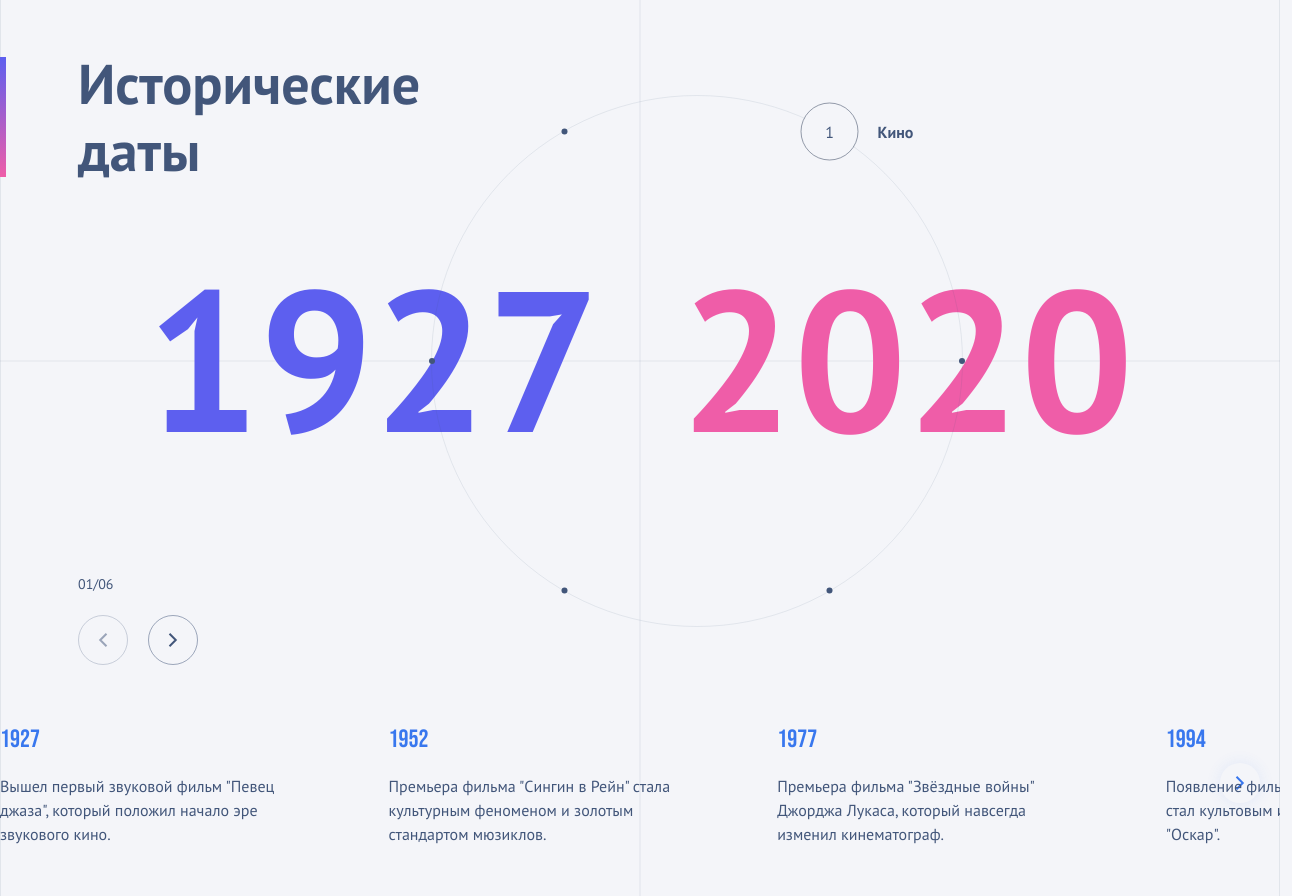
Repository: LenarTulupov/only
Page: /
An editor plug-in stored every save of this project. The page is shown before and after the next save, followed by the edit.
The browser window is 1280 px wide. The page is 1280 px wide, then 1292 px, so the pictures cover 1292 px, including what lies to the right of the window. The pictures show the whole page.
The project was rebuilt for these pictures with package versions that can differ from the ones it lists, and the page was loaded fresh each time.

Above is the page before, as saved 2024-12-18 13:17:45.

### public/index.html
<!DOCTYPE html>
<html lang="en">
  <head>
    <meta charset="utf-8" />
    <link rel="icon" href="%PUBLIC_URL%/favicon.ico" />
    <meta name="viewport" content="width=device-width, initial-scale=1" />
    <meta name="theme-color" content="#000000" />
    <meta
      name="description"
      content="Web site created using create-react-app"
    />
    <link rel="apple-touch-icon" href="%PUBLIC_URL%/logo192.png" />
    <link rel="manifest" href="%PUBLIC_URL%/manifest.json" />
    <title>Only Test</title>
  </head>
  <body>
    <noscript>You need to enable JavaScript to run this app.</noscript>
    <div id="root"></div>
  </body>
</html>

### src/index.tsx
import React from 'react';
import ReactDOM from 'react-dom/client';
import Router from './router/router';
import './globals.scss'

const root = ReactDOM.createRoot(
  document.getElementById('root') as HTMLElement
);
root.render(
  <React.StrictMode>
    <Router />
  </React.StrictMode>
);

### src/router/router.tsx
import { BrowserRouter, Route, Routes } from "react-router-dom";
import HomePage from "../pages/home/page";
import PagesLayout from "../layouts/pages-layout";

export default function Router() {
  return (
    <BrowserRouter>
      <Routes>
        <Route element={<PagesLayout />}>
          <Route path="/" element={<HomePage />} />
        </Route>
      </Routes>
    </BrowserRouter>
  )
};

### src/globals.scss
@import url('https://fonts.googleapis.com/css2?family=Bebas+Neue&family=PT+Sans:wght@400;700&display=swap');

:root {
  --background-color: #F4F5F9;
  --main-color: #42567a;
  --main-color-rgba: rgba(66, 86, 122, 0.5);
  --accent-color: #5D5FEF;
  --light-accent-color: #3877EE;
  --accent-second: #EF5DA8;
  --font-main: "PT Sans", serif;
  --font-second: "Bebas Neue", serif;
  --line-height: 150%;
  --font-size-main: 56px;
  --font-size-small: 14px;
  --font-size-big: 200px;
}
body {
  margin: 0;
  padding: 0;
  background-color: var(--background-color);
  color: var(--black-color);
  font-family: var(--font-main);
  line-height: var(--line-height);
}
ul {
  padding: 0;
  margin: 0;
}

li {
  list-style-type: none;
}

a {
  color: var(--black-color);
  text-decoration: none;
}

h1 {
  margin: 0;
}

### src/pages/home/page.tsx
import Container from "../../components/ui/container/container";
import Divider from "../../components/ui/divider/divider";
import HistorySection from "./history/history";
import styles from './page.module.scss';

export default function HomePage() {
  return (
    <div className={styles['home-page']}>
      <Container>
        <div className={styles['home-page__wrapper']}>
          <Divider
            position="vertical"
            className={styles.divider_vertical}
          />
          <HistorySection />
        </div>
      </Container>
    </div>
  )
};

### src/layouts/pages-layout.tsx
import { Outlet } from 'react-router-dom';
import styles from './pages-layout.module.scss';

export default function PagesLayout() {
  return (
    <div className={styles['pages-layout']}>
      <Outlet />
    </div>
  )
};

### src/components/ui/container/container.tsx
import { ReactNode } from "react"
import styles from './container.module.scss';

interface IContainer {
  children: ReactNode;
}

export default function Container({ children }: IContainer) {
  return (
    <div className={styles.container}>
      {children}
    </div>
  )
};

### src/components/ui/divider/divider.tsx
import styles from './divider.module.scss';

interface IDivider {
  position?: 'horizontal' | 'vertical';
  className?: string;
}

export default function Divider({
  position = 'horizontal', className }: IDivider) {
  return <div className={`
    ${styles.divider}
    ${styles[`divider_${position}`]}
    ${className || ''}
  `}/>
};

### src/pages/home/history/history.tsx
import { useState } from 'react';
import Divider from '../../../components/ui/divider/divider';
import Title from '../../../components/ui/title/title';
import Circle from './circle/circle';
import Dates from './dates/dates';
import HistorySlider from './history-slider/history-slider';
import styles from './history.module.scss';
import StepNavigation from './step-navigation/step-navigation';
import { circleItems } from '../../../constants/circle-items';

export default function HistorySection() {
  const [activeButton, setActiveButton] = useState<number>(1);
  const activeCategory = circleItems.find((item) => item.id === activeButton);
  const firstDate = activeCategory?.events[0]?.year;
  const lastDate = activeCategory?.events.at(-1)?.year;

  return (
    <section className={styles.history}>
      <div className={styles.history__content}>
        <div className={styles['history__content-col-1']}>
          <Title className={styles.history__title} showBefore>
            Исторические даты
          </Title>
          <StepNavigation
            className={styles['step-navigation']}
            activeButton={activeButton}
            setActiveButton={setActiveButton}
          />
        </div>
        <Circle
          className={styles.circle}
          activeButton={activeButton}
          setActiveButton={setActiveButton}
        />
        <Divider
          position="horizontal"
          className={styles.divider_horizontal}
        />
        <Dates
          className={styles.dates}
          firstDate={firstDate}
          lastDate={lastDate}
        />
      </div>
      <HistorySlider
        activeCategory={activeCategory}
        className={styles['history-slider']}
      />
    </section>
  )
};

### src/pages/home/page.module.scss
.home-page {
  &__wrapper {
    position: relative;
    min-height: 100vh;
    .divider_vertical {
      position: absolute;
      top: 0;
      left: 50%;
      transform: translateX(-50%);
      z-index: -10;
    }
  }

  /* Линия слева */
  &__wrapper::before {
    content: "";
    position: absolute;
    top: 0;
    bottom: 0;
    left: 0;
    width: 1px;
    background-color: var(--main-color);
    opacity: 0.1;
  }

  /* Линия справа */
  &__wrapper::after {
    content: "";
    position: absolute;
    top: 0;
    bottom: 0;
    right: 0;
    width: 1px;
    background-color: var(--main-color);
    opacity: 0.1;
  }
  /* Линий по центру горизонтальная */

  /* Линий по центру вертикальная */
}

### src/components/ui/container/container.module.scss
.container {
  max-width: 1440px;
  margin: 0 auto;
}

### src/components/ui/divider/divider.module.scss
.divider {
  background-color: var(--main-color);
  opacity: 0.1;
  &_horizontal {
    width: 100%;
    height: 1px;
  }
  &_vertical {
    width: 1px;
    height: 100%;
  }
}

### src/components/ui/title/title.tsx
import { ReactNode } from 'react';
import styles from './title.module.scss';

interface ITitle {
  children: ReactNode;
  className?: string;
  color?: 'main' | 'blue' | 'light-blue' | 'pink';
  size?: 'main' | 'small'| 'big';
  showBefore?: boolean;
}

export default function Title({
  children,
  className,
  color = 'main',
  size = 'main',
  showBefore = false }: ITitle) {
  return (
    <h1
      className={`
        ${styles.title}
        ${className || ''}
        ${styles[`title__color-${color}`]}
        ${styles[`title__size-${size}`]}
        ${showBefore ? styles['title_before'] : ''}
      `}>
      {children}
    </h1>
  )
};

### src/pages/home/history/circle/circle.tsx
import { useEffect, useRef, Dispatch, SetStateAction } from 'react';
import { gsap } from 'gsap';
import { circleItems } from '../../../../constants/circle-items';
import styles from './circle.module.scss';
import Dates from '../dates/dates';

interface ICircle {
  className?: string;
  activeButton: number;
  setActiveButton: Dispatch<SetStateAction<number>>;
}

export default function Circle({
  className,
  activeButton,
  setActiveButton }: ICircle) {
  const circleRef = useRef<HTMLDivElement>(null);
  const buttonsRef = useRef<HTMLDivElement[]>([]);

  const handleActiveButton = (btnId: number) => {
    setActiveButton(btnId);
  };

  useEffect(() => {
    const rotationAngle = (1 - activeButton) * 60;
    gsap.to(circleRef.current, {
      rotate: rotationAngle,
      duration: 0.5,
      ease: 'power2.out',
    });

    buttonsRef.current.forEach((btn) => {
      let buttonRotation = 0;

      switch (activeButton) {
        case 2:
          buttonRotation = 60;
          break;
        case 3:
          buttonRotation = 120;
          break;
        case 4:
          buttonRotation = 180;
          break;
        case 5:
          buttonRotation = 240;
          break;
        case 6:
          buttonRotation = 300;
          break;
        default:
          buttonRotation = 0;
          break;
      }

      gsap.to(btn, {
        rotate: buttonRotation,
        duration: 0.5,
        ease: 'power2.out',
      });
    });
  }, [activeButton]);

  return (
    <div ref={circleRef} className={`${styles.circle} ${className || ''}`}>
      {circleItems.map((item, index) => {
        const btnId = index + 1;
        return (
          <div
            key={btnId}
            ref={(el) => (buttonsRef.current[index] = el!)}
            className={`
                ${styles[`circle__btn-${btnId}`]}
                ${styles.circle__btn}
                ${activeButton === btnId ? styles.active : ''}
              `}
            onClick={() => handleActiveButton(btnId)}
          >
            {btnId}
            <span
              className={`
                  ${styles['sub-title']}
                  ${activeButton === btnId ? styles.active : ''}
                `}
            >
              {item.category}
            </span>
          </div>
        );
      })}
    </div>
  );
}

### src/pages/home/history/dates/dates.tsx
import { useEffect, useState } from 'react';
import Title from '../../../../components/ui/title/title';
import styles from './dates.module.scss';

interface IDates {
  className?: string;
  firstDate: string;
  lastDate: string;
}

export default function Dates({ className, firstDate, lastDate }: IDates) {
  const [currentFirstDate, setCurrentFirstDate] = useState(Number(firstDate));
  const [currentLastDate, setCurrentLastDate] = useState(Number(lastDate));

  useEffect(() => {
    const animateNumber = (
      from: number,
      to: number,
      setNumber: React.Dispatch<React.SetStateAction<number>>
    ) => {
      const stepTime = 20;
      const steps = 50;
      const delta = (to - from) / steps;

      let currentStep = 0;
      const interval = setInterval(() => {
        currentStep += 1;
        const nextValue = from + delta * currentStep;
        setNumber(Math.round(nextValue));

        if (currentStep >= steps) {
          clearInterval(interval);
          setNumber(to);
        }
      }, stepTime);
    };

    animateNumber(Number(currentFirstDate), Number(firstDate), setCurrentFirstDate);
    animateNumber(Number(currentLastDate), Number(lastDate), setCurrentLastDate);
  }, [firstDate, lastDate]);
  return (
    <div className={`${styles.dates} ${className || ''}`}>
      <Title color='blue' size='big'>{currentFirstDate}</Title>
      <Title color='pink' size='big'>{currentLastDate}</Title>
    </div>
  )
};

### src/pages/home/history/history.module.scss
.history {
  padding: 50px 0;
  &__title {
    line-height: 1.2;
    width: 353px;
    padding-left: 78px;
    height: fit-content;

  }
  &__content {
    position: relative;
    display: grid;
    grid-template-columns: repeat(3, 1fr);
    height: 615px;
    &-col-1 {
      display: flex;
      flex-direction: column;
      justify-content: space-between;
    }
  }
}
.circle {
  margin-top: 45px;
}
.divider_horizontal {
  position: absolute;
  top: calc(50% + 3px);
  left: 0;
  transform: translateY(-50%);
  z-index: -10;
}
.step-navigation {
  padding-left: 78px;
}

### src/pages/home/history/step-navigation/step-navigation.tsx
import { Dispatch, SetStateAction } from "react";
import NavigationButtons from "./navigation-buttons/navigation-buttons";
import SliderStep from "./slider-step/slider-step";
import styles from './step-navigation.module.scss';

interface IStepNavigation {
  className?: string;
  activeButton: number;
  setActiveButton: Dispatch<SetStateAction<number>>;
}

export default function StepNavigation({
  className,
  activeButton,
  setActiveButton }: IStepNavigation) {

    const handleNext = () => {
      setActiveButton((p) => (p < 6 ? p + 1 : 1));
    };

    const handlePrev = () => {
      setActiveButton((p) => (p > 1 ? p - 1 : 6));
    };

    return (
      <div className={`${styles['step-navigation']} ${className || ''}`}>
        <SliderStep activeButton={activeButton} />
        <NavigationButtons
          handleNext={handleNext}
          handlePrev={handlePrev}
          isBeginning={activeButton === 1}
          isEnd={activeButton === 6}
        />
      </div>
    );
};

### src/components/ui/title/title.module.scss
.title {
  line-height: 150%;
  position: relative;
  &::before {
    content: "";
    position: absolute;
    top: 50%;
    transform: translateY(-50%);
    left: 0;
    height: 120px;
    width: 6px;
    background: linear-gradient(to bottom, var(--accent-color) 0%, var(--accent-second) 100%);
    visibility: hidden;
  }
  &.title_before::before {
    visibility: visible; // Показываем псевдоэлемент
  }
  &__color-main {
    color: var(--main-color);
  }

  &__color-blue {
    color: var(--accent-color);
  }
  &__color-light-blue {
    color: var(--light-accent-color);
  }

  &__color-pink {
    color: var(--accent-second);
  }

  &__size-main {
    font-size: var(--font-size-main);
  }
  &__size-small {
    font-size: var(--font-size-small);
  }

  &__size-big {
    font-size: var(--font-size-big);
  }
}

### src/pages/home/history/circle/circle.module.scss
.circle {
  position: relative;
  width: 530px;
  height: 530px;
  border: 1px solid rgba(66, 86, 122, 0.1);
  border-radius: 100%;
  display: flex;
  justify-content: center;
  align-items: center;
  transform-origin: center;
}

.circle__btn {
  position: absolute;
  display: flex;
  align-items: center;
  justify-content: center;
  width: 6px;
  height: 6px;
  border: none;
  background-color: var(--main-color);
  border-radius: 100%;
  color: var(--main-color);
  line-height: 30px;
  font-size: 0;
  cursor: pointer;
  transition: width .3s ease-in-out, height .3s ease-in-out, font-size .3s ease-in-out;

  &::before {
    content: "";
    position: absolute;
    top: 50%;
    left: 50%;
    transform: translate(-50%, -50%);
    width: 25px;
    height: 25px;
    border-radius: 100%;
    background: transparent;
  }

  .sub-title {
    position: absolute;
    top: 50%;
    left: 0;
    transform: translateY(-50%);
    margin-left: 76px;
    font-weight: bold;
    opacity: 0;
    transition: opacity 0.3s ease-in-out;
  }

  .sub-title.active {
    opacity: 1;
  }

  &:hover,
  &.active {
    width: 56px;
    height: 56px;
    font-size: 16px;
    background-color: #F4F5F9;
    outline: 1px solid rgba(48, 62, 88, 0.5);
  }

  &-1 {
    transform: rotate(300deg) translateX(265px) rotate(60deg);
  }

  &-2 {
    transform: rotate(0deg) translateX(265px) rotate(0deg);
  }

  &-3 {
    transform: rotate(60deg) translateX(265px) rotate(-60deg);
  }

  &-4 {
    transform: rotate(120deg) translateX(265px) rotate(-120deg);
  }

  &-5 {
    transform: rotate(180deg) translateX(265px) rotate(-180deg);
  }

  &-6 {
    transform: rotate(240deg) translateX(265px) rotate(-240deg);
  }
}

### src/pages/home/history/dates/dates.module.scss
.dates {
  position: absolute;
  top: 50%;
  left: 50%;
  transform: translate(-50%, -50%);
  display: flex;
  gap: 80px;
  z-index: -1;
}

### src/pages/home/history/history-slider/slider-content/slider-content.tsx
import Text from "../../../../../components/ui/text/text";
import Title from "../../../../../components/ui/title/title";
import styles from './slider-content.module.scss';

interface ISliderContent {
  year: string;
  text: string;
}

export default function SliderContent({ year, text }: ISliderContent) {
  return (
    <div className={styles['slider-content']}>
      <Title
        size="small"
        color="light-blue"
        className={styles['slider-content__title']}
      >
        {year}
      </Title>
      <Text text={text} />
    </div>
  )
};

### src/components/ui/content-container/content-container.tsx
import { ReactNode } from 'react';
import styles from './content-container.module.scss';

interface IContentContainer {
  children: ReactNode;
}

export default function ContentContainer({ children }: IContentContainer) {
  return (
    <div className={styles['content-container']}>
      {children}
    </div>
  )
};

### src/components/ui/arrow-button/arrow-button.tsx
import styles from './arrow-button.module.scss';

interface IArrowButton {
  rotation?: 'left' | 'right'
  onClick?: () => void;
  slider?: boolean;
  disabled?: boolean;
  className?: string;
}

export default function ArrowButton({
  rotation,
  onClick,
  slider = false,
  disabled = false,
  className}: IArrowButton) {
  return (
    <button
      className={`
        ${styles['arrow-button']}
        ${styles[rotation]}
        ${slider ? styles['arrow-button_slider'] : ''}
        ${className || ''}
        ${disabled ? styles.disabled : ''}
      `}
      onClick={onClick}
      disabled={disabled}
    >
      <svg width="10" height="14" viewBox="0 0 10 14" fill="none" xmlns="http://www.w3.org/2000/svg">
        <path d="M8.49988 0.750001L2.24988 7L8.49988 13.25" stroke="#42567A" stroke-width="2" />
      </svg>
    </button>
  )
};

### src/pages/home/history/history-slider/history-slider.module.scss
.history-slider {
  position: relative;
  margin-top: 56px;
}
.next {
  position: absolute;
  top: 50%;
  transform: translateY(-50%);
  right: 20px;
}
.prev {
  position: absolute;
  top: 50%;
  transform: translateY(-50%);
  left: 20px;
}

.fade-out {
  opacity: 0;
  transition: opacity 0.5s ease;
}
.fade-in {
  opacity: 1;
  transition: opacity 0.5s ease;
}

### src/pages/home/history/step-navigation/navigation-buttons/navigation-buttons.tsx
import ArrowButton from '../../../../../components/ui/arrow-button/arrow-button';
import styles from './navigation-buttons.module.scss';

interface INavigationButtons {
  handleNext: () => void;
  handlePrev: () => void;
  isBeginning: boolean;
  isEnd: boolean;
}

export default function NavigationButtons({
  handleNext,
  handlePrev,
  isBeginning,
  isEnd }: INavigationButtons) {
  return (
    <div className={styles['navigation-buttons']}>
      <ArrowButton
        onClick={handlePrev}
        disabled={isBeginning}
      />
      <ArrowButton
        rotation='right'
        onClick={handleNext}
        disabled={isEnd}
      />
    </div>
  );
};

### src/pages/home/history/step-navigation/slider-step/slider-step.tsx
import Title from "../../../../../components/ui/title/title";
import styles from './slider-step.module.scss';

interface ISliderStep {
  activeButton: number;
}

export default function SliderStep({ activeButton }: ISliderStep) {
  return <Title size="small" className={styles.font}>0{activeButton}/06</Title>
};

### src/pages/home/history/step-navigation/step-navigation.module.scss
.step-navigation {
  display: flex;
  flex-direction: column;
  row-gap: 20px;
}

### src/components/ui/text/text.tsx
import styles from './text.module.scss';

interface IText {
  text: string;
}

export default function Text({ text }: IText) {
  return (
    <div className={styles.text}>
        { text }
    </div>
  )
};

### src/pages/home/history/history-slider/slider-content/slider-content.module.scss
.slider-content {
  display: flex;
  flex-direction: column;
  row-gap: 15px;
  cursor: grabbing;
  &__title {
    font-family: var(--font-second);
    font-weight: 400;
    font-size: 25px;
  }
}

### src/components/ui/content-container/content-container.module.scss
.content-container {
  max-width: calc(1440px - 160px);
  margin: 0 auto;
}

### src/components/ui/arrow-button/arrow-button.module.scss
.arrow-button {
  width: 50px;
  height: 50px;
  display: flex;
  align-items: center;
  justify-content: center;
  border: 1px solid var(--main-color-rgba);
  background-color: transparent;
  border-radius: 100%;
  cursor: pointer;
}
.arrow-button_slider {
  width: 40px;
  height: 40px;
  border: none;
  box-shadow: 0 0 15px 0 rgba(56, 119, 238, 0.1);
  svg path {
    stroke: var(--light-accent-color);
  }
}
.left {
  transform: rotate(0deg);
}
.right {
  transform: rotate(180deg);
}
.disabled {
  opacity: .5;
  cursor: auto;
}

### src/pages/home/history/step-navigation/navigation-buttons/navigation-buttons.module.scss
.navigation-buttons {
  display: flex;
  column-gap: 20px;
}
.disabled {
  opacity: .5;
  cursor: auto;
}

### src/pages/home/history/step-navigation/slider-step/slider-step.module.scss
.font {
  font-weight: 400;
}

### src/components/ui/text/text.module.scss
.text {
  color: var(--main-color);
}

Loaded but not shown: src/constants/circle-items.ts (122 lines, source omitted); src/pages/home/history/history-slider/history-slider.tsx (119 lines, source omitted); src/layouts/pages-layout.module.scss (no stored copy; drawn as an empty file)

After the next save:
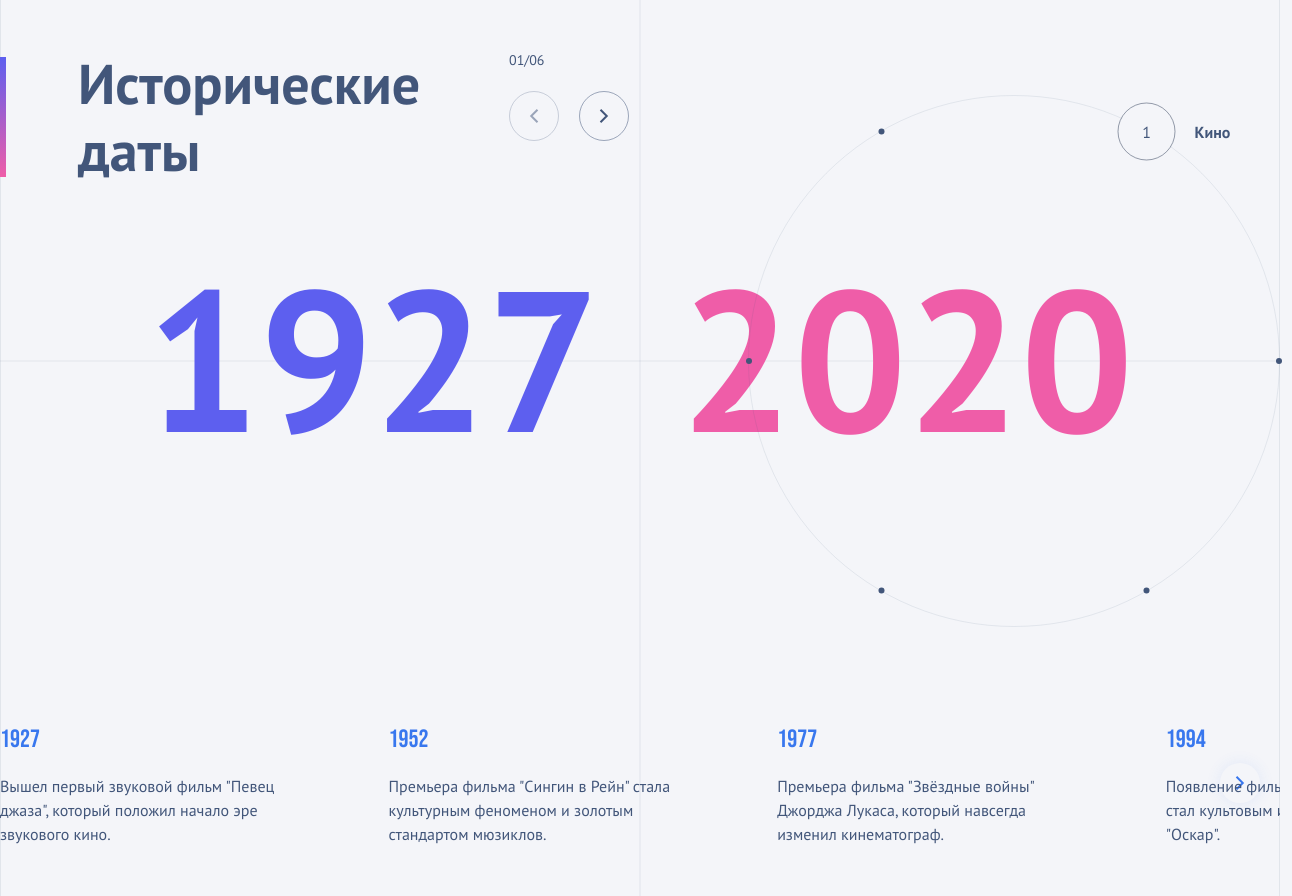
Saved 49 s later.
--- a/src/pages/home/history/history.tsx
+++ b/src/pages/home/history/history.tsx
@@ -17,7 +17,7 @@ export default function HistorySection() {
   return (
     <section className={styles.history}>
       <div className={styles.history__content}>
-        <div className={styles['history__content-col-1']}>
+        {/* <div className={styles['history__content-col-1']}> */}
           <Title className={styles.history__title} showBefore>
             Исторические даты
           </Title>
@@ -26,7 +26,7 @@ export default function HistorySection() {
             activeButton={activeButton}
             setActiveButton={setActiveButton}
           />
-        </div>
+        {/* </div> */}
         <Circle
           className={styles.circle}
           activeButton={activeButton}
